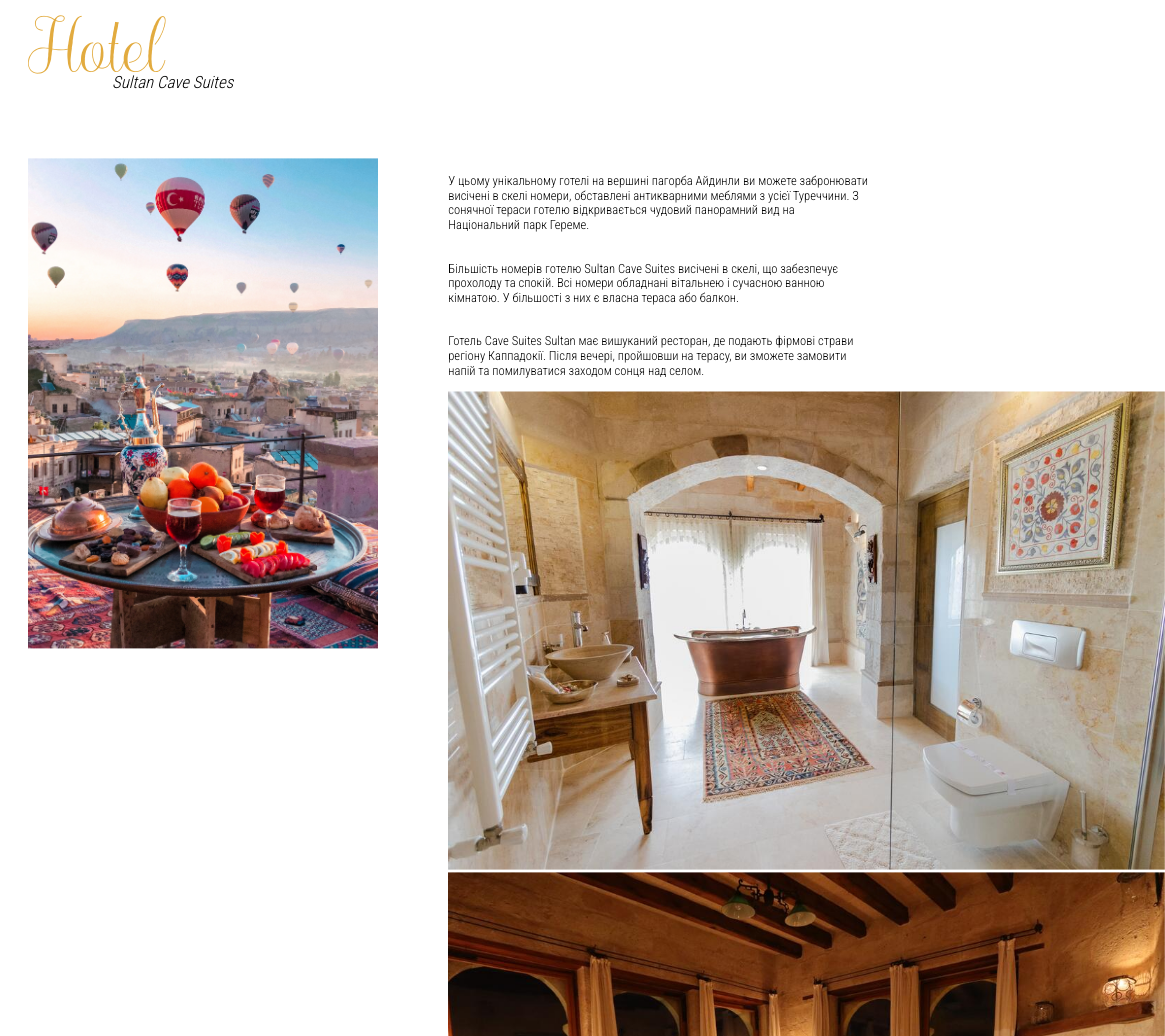
Repository: KYUUBI-K/cappadocia
Page: index.html
These files come from the project's save history. The page is drawn as it stood at one moment and after the next save; the edit follows.
The browser window is 1280 px wide. The page is 1664 px wide, then 1540 px, so the pictures cover 1664 px, including what lies to the right of the window. The pictures show the part of the page from y = 3306 to 4786 px (the page is 6613 px tall before and 4432 px after), at 70% of full size.

Above is the page before, as saved 2025-08-21 18:40:53.

### index.html
<!DOCTYPE html>
<html lang="en">
  <head>
    <meta charset="UTF-8" />
    <meta name="viewport" content="width=device-width, initial-scale=1.0" />
    <title>Cappadocia</title>
    <link rel="stylesheet" href="./styles.css" />
  </head>
  <body>
    <header class="header">
      <div class="wrapper">
        <nav class="header-menu">
          <ul class="header-menu-list">
            <li class="header-menu-item">
              <a class="header-menu-link" href="#route">Маршрут</a>
            </li>
            <li class="header-menu-item">
              <a class="header-menu-link" href="#hotel">Готель</a>
            </li>
            <li class="header-menu-item">
              <a class="header-menu-link" href="#price">Вартість</a>
            </li>
          </ul>
          <div class="telephone">
            <svg
              class="phone-icon"
              width="30"
              height="30"
              viewBox="0 0 30 30"
              fill="none"
              xmlns="http://www.w3.org/2000/svg"
            >
              <g clip-path="url(#clip0_31_0)">
                <path
                  d="M23.7091 18.5839C23.0949 17.9444 22.3541 17.6025 21.569 17.6025C20.7902 17.6025 20.0431 17.9381 19.4036 18.5776L17.4027 20.5721C17.2381 20.4835 17.0735 20.4011 16.9152 20.3188C16.6873 20.2049 16.472 20.0972 16.2884 19.9832C14.4142 18.7929 12.7109 17.2416 11.0774 15.2345C10.2859 14.2341 9.75404 13.3919 9.36781 12.5372C9.88701 12.0623 10.3682 11.5684 10.8368 11.0935C11.0141 10.9162 11.1913 10.7326 11.3686 10.5553C12.6983 9.22568 12.6983 7.50346 11.3686 6.1738L9.64007 4.44525C9.44379 4.24896 9.24117 4.04635 9.05122 3.84373C8.67132 3.45117 8.27242 3.04594 7.86086 2.66604C7.24669 2.05819 6.51221 1.73528 5.73974 1.73528C4.96727 1.73528 4.22013 2.05819 3.58696 2.66604C3.58063 2.67237 3.58063 2.67237 3.5743 2.6787L1.42152 4.85047C0.61106 5.66093 0.148846 6.64868 0.0475384 7.79472C-0.104423 9.64358 0.440104 11.3658 0.857997 12.4928C1.88373 15.2598 3.41601 17.8241 5.70175 20.5721C8.47504 23.8836 11.8118 26.4986 15.6235 28.3411C17.0798 29.0313 19.0237 29.848 21.1954 29.9873C21.3284 29.9937 21.4677 30 21.5943 30C23.057 30 24.2853 29.4745 25.2477 28.4297C25.2541 28.4171 25.2667 28.4107 25.2731 28.3981C25.6023 27.9992 25.9822 27.6383 26.3811 27.252C26.6534 26.9924 26.932 26.7202 27.2042 26.4353C27.8311 25.7831 28.1603 25.0233 28.1603 24.2445C28.1603 23.4594 27.8247 22.7059 27.1852 22.0727L23.7091 18.5839ZM25.9759 25.2512C25.9695 25.2512 25.9695 25.2576 25.9759 25.2512C25.7289 25.5172 25.4757 25.7578 25.2034 26.0237C24.7918 26.4163 24.374 26.8278 23.9814 27.29C23.3419 27.9739 22.5884 28.2968 21.6007 28.2968C21.5057 28.2968 21.4044 28.2968 21.3094 28.2904C19.4289 28.1701 17.6813 27.4357 16.3707 26.8088C12.7869 25.0739 9.64007 22.6109 7.02508 19.4894C4.86597 16.887 3.42234 14.481 2.46625 11.8977C1.8774 10.3211 1.66212 9.09272 1.7571 7.93401C1.82042 7.19321 2.10534 6.57903 2.63087 6.0535L4.78999 3.89439C5.10024 3.60313 5.42949 3.44484 5.75241 3.44484C6.1513 3.44484 6.47422 3.68544 6.67683 3.88806C6.68317 3.89439 6.6895 3.90072 6.69583 3.90705C7.08206 4.26796 7.4493 4.64153 7.83554 5.04043C8.03182 5.24304 8.23443 5.44565 8.43705 5.6546L10.1656 7.38316C10.8368 8.05432 10.8368 8.67482 10.1656 9.34599C9.98198 9.5296 9.8047 9.71322 9.62108 9.89051C9.08921 10.435 8.58268 10.9416 8.03182 11.4354C8.01916 11.4481 8.00649 11.4544 8.00016 11.4671C7.45563 12.0116 7.55694 12.5435 7.67091 12.9044C7.67724 12.9234 7.68358 12.9424 7.68991 12.9614C8.13946 14.0504 8.77263 15.0762 9.73505 16.2982L9.74138 16.3045C11.4889 18.4573 13.3315 20.1352 15.3639 21.4205C15.6235 21.5852 15.8895 21.7181 16.1427 21.8448C16.3707 21.9587 16.586 22.0664 16.7696 22.1804C16.7949 22.193 16.8202 22.212 16.8456 22.2247C17.0608 22.3323 17.2634 22.383 17.4724 22.383C17.9979 22.383 18.3272 22.0537 18.4348 21.9461L20.6003 19.7806C20.8155 19.5654 21.1574 19.3058 21.5563 19.3058C21.9489 19.3058 22.2718 19.5527 22.4681 19.768C22.4744 19.7743 22.4744 19.7743 22.4808 19.7806L25.9695 23.2694C26.6217 23.9152 26.6217 24.5801 25.9759 25.2512Z"
                  fill="black"
                />
                <path
                  d="M16.2124 7.13621C17.8713 7.41481 19.3782 8.19994 20.5813 9.40296C21.7843 10.606 22.5631 12.1129 22.848 13.7718C22.9176 14.1897 23.2786 14.481 23.6901 14.481C23.7408 14.481 23.7851 14.4747 23.8357 14.4683C24.3043 14.3923 24.6145 13.9491 24.5386 13.4806C24.1966 11.4734 23.2469 9.64357 21.7969 8.19361C20.347 6.74365 18.5171 5.79389 16.51 5.45198C16.0414 5.376 15.6045 5.68625 15.5222 6.14847C15.4399 6.61068 15.7438 7.06023 16.2124 7.13621Z"
                  fill="black"
                />
                <path
                  d="M29.9654 13.2337C29.4019 9.92851 27.8443 6.92095 25.4509 4.52757C23.0575 2.13418 20.05 0.576584 16.7448 0.0130621C16.2826 -0.0692501 15.8457 0.247335 15.7634 0.70955C15.6874 1.1781 15.9977 1.61498 16.4662 1.6973C19.4168 2.1975 22.1078 3.59681 24.2479 5.73059C26.388 7.87071 27.781 10.5617 28.2812 13.5123C28.3508 13.9302 28.7117 14.2214 29.1233 14.2214C29.1739 14.2214 29.2183 14.2151 29.2689 14.2087C29.7311 14.1391 30.0477 13.6959 29.9654 13.2337Z"
                  fill="black"
                />
              </g>
              <defs>
                <clipPath id="clip0_31_0">
                  <rect width="30" height="30" fill="white" />
                </clipPath>
              </defs>
            </svg>
            <div class="number-text">+38(066)555-777-6</div>
          </div>
        </nav>
        <div class="main-title">
          <h1 class="main-title-text">Cappadocia</h1>
          <p class="main-subtitle-text">Ексклюзивний тур</p>
        </div>
      </div>
    </header>

    <section class="about">
      <div class="wrapper">
        <div class="about-title">
          <h2 class="section-title-text">Fairy tail</h2>
          <p class="about-subtitle-text">Казкова країна чудес</p>
        </div>
        <img
          src="./images/Rectangle-about.jpg"
          alt="Hot air balloon"
          class="about-img"
        />
        <div class="about-content">
          <aside class="about-text">
            <!-- prettier-ignore -->
            <p>
            Каппадокія – казкова країна повітряних куль, сирних будиночків,
            різнокольорових долин та чарівних світанків!
            Сюди приїжджають, щоб побачити природні чудеса політати на
            повітряній кулі і, звичайно ж,зробити мільйон красивих фотографій!
          </p>
            <!-- prettier-ignore -->
            <p>
            На учасників туру чекає професійна фотосесія від найкращих
            фотографів Каппадокії!
            Адже саме за чарівними світанками на тлі повітряних куль сюди
            приїжджають люди з усього світу!
          </p>

            <h3>Також Ви побачите:</h3>
            <ul class="about-list">
              <li>Музей на відкритому повітрі у Геремі</li>
              <li>Ущелина Іхлара та монастир Селіме</li>
              <li>Підземні міста</li>
              <li>Фортеця Учхісар</li>
              <li>Зельве та Пашабаг</li>
            </ul>
            <p>та багато інших визначних пам'яток.</p>
            <!-- prettier-ignore -->
            <p>
            Місцева кухня - один із приводів відвідати Каппадокію, тут є ресторани
            на будь-який бюджет.
          </p>
          </aside>
        </div>
      </div>
    </section>

    <section class="route" id="route">
      <div class="wrapper">
        <div class="route-title">
          <h2 class="section-title-text">Our trip</h2>
          <p class="route-subtitle-text">Маршрут</p>
        </div>
        <img
          src="./images/Rectangle-route.png"
          alt="Route map"
          class="route-img"
        />
        <div class="route-content">
          <aside class="route-text">
            <div class="day">
              <h3>День 1</h3>
              <ul>
                <li>Виліт з Києва</li>
                <li>Трансфер до Каппадокії</li>
                <li>Поселення в готель</li>
                <li>Вечірня фотосесія</li>
              </ul>
            </div>

            <div class="day">
              <h3>День 2</h3>
              <ul>
                <li>Фотосесія</li>
                <li>Сніданок у готелі</li>
                <li>Денний тур Каппадокією</li>
                <li>Захід сонця з панорамним видом</li>
              </ul>
            </div>

            <div class="day">
              <h3>День 3</h3>
              <ul>
                <li>Політ на повітряній кулі</li>
                <li>Сніданок у готелі</li>
                <li>Екскурсії на вибір</li>
              </ul>
            </div>

            <div class="day">
              <h3>День 4</h3>
              <ul>
                <li>Вільний час, шопінг</li>
                <li>Трансфер до Анкари</li>
                <li>Виліт до Києва</li>
              </ul>
            </div>
            <button type="button" class="reservation">Забронювати</button>
          </aside>
        </div>
      </div>
    </section>
    <section class="hotel" id="hotel">
      <div class="wrapper">
        <div class="hotel-title">
          <h2 class="section-title-text">Hotel</h2>
          <p class="hotel-subtitle-text">Sultan Cave Suites</p>
        </div>

        <div class="hotel-content">
          <img
            src="./images/Rectangle-hotel.jpg"
            alt="Hot air balloon"
            class="hotel-img"
          />
          <aside class="hotel-text">
            <!-- prettier-ignore -->
            <p>
              У цьому унікальному готелі на вершині пагорба Айдинли ви можете забронювати
              висічені в скелі номери, обставлені антикварними меблями з усієї Туреччини. З
              сонячної тераси готелю відкривається чудовий панорамний вид на
              Національний парк Гереме.
            </p>
            <!-- prettier-ignore -->
            <p>
              Більшість номерів готелю Sultan Cave Suites висічені в скелі, що забезпечує
              прохолоду та спокій. Всі номери обладнані вітальнею і сучасною ванною
              кімнатою. У більшості з них є власна тераса або балкон.
            </p>
            <!-- prettier-ignore -->
            <p>
              Готель Cave Suites Sultan має вишуканий ресторан, де подають фірмові страви
              регіону Каппадокії. Після вечері, пройшовши на терасу, ви зможете замовити
              напій та помилуватися заходом сонця над селом.
            </p>
            <div class="hotel-images">
              <img
                src="./images/Rectangle-hotel1.jpg"
                alt="Hotel room"
                class="hotel-image"
              />
              <img
                src="./images/Rectangle-hotel2.jpg"
                alt="Hotel room"
                class="hotel-image"
              />
              <img
                src="./images/Rectangle-hotel3.jpg"
                alt="Hotel room"
                class="hotel-image"
              />
              <img
                src="./images/Rectangle-hotel4.jpg"
                alt="Hotel room"
                class="hotel-image"
              />
            </div>
          </aside>
        </div>
      </div>
    </section>
  </body>
</html>

### styles.css
@font-face {
  font-family: "Roboto Condensed";
  src: url("./fonts/RobotoCondensed-Light.woff2") format("woff2");
  font-weight: 300;
  font-style: normal;
  font-display: swap;
}

@font-face {
  font-family: "Roboto Condensed";
  src: url("./fonts/RobotoCondensed-Regular.woff2") format("woff2");
  font-weight: 400;
  font-style: normal;
  font-display: swap;
}

@font-face {
  font-family: "Balqis";
  src: url("./fonts/Balqis.woff2") format("woff2");
  font-weight: 400;
  font-style: normal;
  font-display: swap;
}

html {
  box-sizing: border-box;
}
*,
*::before,
*::after {
  box-sizing: inherit;
  margin: 0;
  padding: 0;
}

:root {
  --color-dark: #000000;
  --color-light: #ffffff;
  --color-gray: #e5e5e5;
  --color-orange: #e2ab3f;

  --border: 1px solid var(--color-orange);

  --font-family-base: "Roboto Condensed", sans-serif;
  --font-family-accent: "Balqis", sans-serif;

  --input-height: 50px;
}

li {
  list-style: none;
}

body {
  /* word-wrap: break-word; */
  font-size: 18px;
  font-family: var(--font-family-base);
  background-color: var(--color-light);
  color: var(--color-dark);
}

.header {
  min-height: 100svh;
  background: url("./images/Rectangle.jpg") no-repeat center center;
  background-size: cover;
  background-position: center;
  margin-bottom: 200px;
}
.wrapper {
  margin: 0 auto;
  height: 100%;
  max-width: 1200px;
}

.header-menu {
  display: flex;
  justify-content: space-between;
  align-items: center;
  font-family: var(--font-family-base);
  font-size: 24px;
  font-weight: 400;
  padding-top: 72px;
}
.header-menu-list {
  display: flex;
  column-gap: 45px;
}
.header-menu-link {
  text-decoration: none;
  color: inherit;
}
.telephone {
  display: flex;
  align-items: center;
  column-gap: 10px;
}

.main-title {
  margin-top: 152px;
  text-align: center;
}

.main-title-text {
  font-family: var(--font-family-accent);
  font-size: 250px;
  font-weight: 400;
  line-height: 1;
}

.main-subtitle-text {
  font-family: var(--font-family-base);
  color: var(--color-dark);
  font-weight: 300;
  font-size: 56px;
  line-height: 0;
  font-style: italic;
  transform: translateX(25%);
}

.about {
  margin-bottom: 200px;
  position: relative;
}

.about-title {
  margin-bottom: 100px;
}

.section-title-text {
  font-family: var(--font-family-accent);
  font-weight: 400;
  line-height: 1;
  font-size: 96px;
  color: var(--color-orange);
}

.about-subtitle-text {
  font-family: var(--font-family-base);
  font-weight: 300;
  font-size: 24px;
  font-style: italic;
  line-height: 0;
  transform: translateX(15%);
}

.about-content {
  display: flex;
  justify-content: flex-end;
}

.about-img {
  position: absolute;
  left: 0;
  width: 960px;
  height: 700px;
  object-fit: cover;
  object-position: center;
}
.about-text p {
  font-family: var(--font-family-base);
  font-weight: 300;
  font-size: 18px;
  white-space: pre-line;
  padding-bottom: 50px;
}
.about-list {
  padding-bottom: 50px;
  font-family: var(--font-family-base);
  font-weight: 300;
}

.about-text h3 {
  padding-bottom: 50px;
}

.route {
  position: relative;
  margin-bottom: 200px;
}
.route-title {
  margin-bottom: 108px;
}

.route-subtitle-text {
  transform: translateX(20%);
  font-family: var(--font-family-base);
  font-weight: 300;
  font-size: 24px;
  font-style: italic;
  line-height: 0;
}
.route-content {
  position: relative;
  font-family: var(--font-family-base);
}
.day {
  max-width: 295px;
  margin-bottom: 50px;
}
.route-text {
  font-size: 24px;
  font-weight: 300;
  margin-bottom: 50px;
}
.day h3 {
  margin-bottom: 20px;
}

.reservation {
  border: var(--border);
  text-transform: uppercase;
  font-size: 24px;
  padding: 11px 64px;
  background: none;
}

.route-img {
  position: absolute;
  top: 0;
  right: 0;
  width: 960px;
  height: 1095px;
  object-fit: cover;
  object-position: center;
}

.hotel {
  margin-bottom: 200px;
  position: relative;
}
.hotel-title {
  margin-bottom: 108px;
}
.hotel-subtitle-text {
  transform: translateX(10%);
  font-family: var(--font-family-base);
  font-weight: 300;
  font-size: 24px;
  font-style: italic;
  line-height: 0;
}
.hotel-content {
  display: flex;
  justify-content: space-between;
  column-gap: 100px;
}

.hotel-text {
}
.hotel-text p {
  margin-bottom: 20px;
  white-space: pre-line;
  font-family: var(--font-family-base);
  font-size: 18px;
  font-weight: 300;
}
.hotel-img {
  width: 500px;
  height: 700px;
  object-fit: cover;
  object-position: center;
}
.hotel-images {
  width: 280px;
  height: 150px;
  object-fit: cover;
  object-position: center;
}
@media (max-width: 1040px) {
  .main-title-text {
    font-size: 150px;
  }
  .main-subtitle-text {
    font-size: 46px;
  }
}

@media (max-width: 830px) {
  .header-menu {
    padding-top: 40px;
  }

  .header-menu-list {
    column-gap: 35px;
  }
  .main-title-text {
    font-size: 150px;
  }
  .main-subtitle-text {
    font-size: 36px;
  }
}

@media (max-width: 630px) {
  .header-menu {
    font-size: 18px;
  }
  .header-menu-list {
    column-gap: 20px;
  }
  .telephone {
    column-gap: 5px;
  }
  .phone-icon {
    width: 18px;
    height: 18px;
  }
  .main-title-text {
    font-size: 100px;
  }
  .main-subtitle-text {
    font-size: 26px;
  }
}

@media (max-width: 450px) {
  .header-menu {
    font-size: 15px;
  }
  .header-menu-list {
    column-gap: 15px;
  }
  .telephone {
    column-gap: 3px;
  }
  .phone-icon {
    width: 15px;
    height: 15px;
  }
  .main-title-text {
    font-size: 50px;
  }
  .main-subtitle-text {
    font-size: 15px;
  }
}

After the next save:
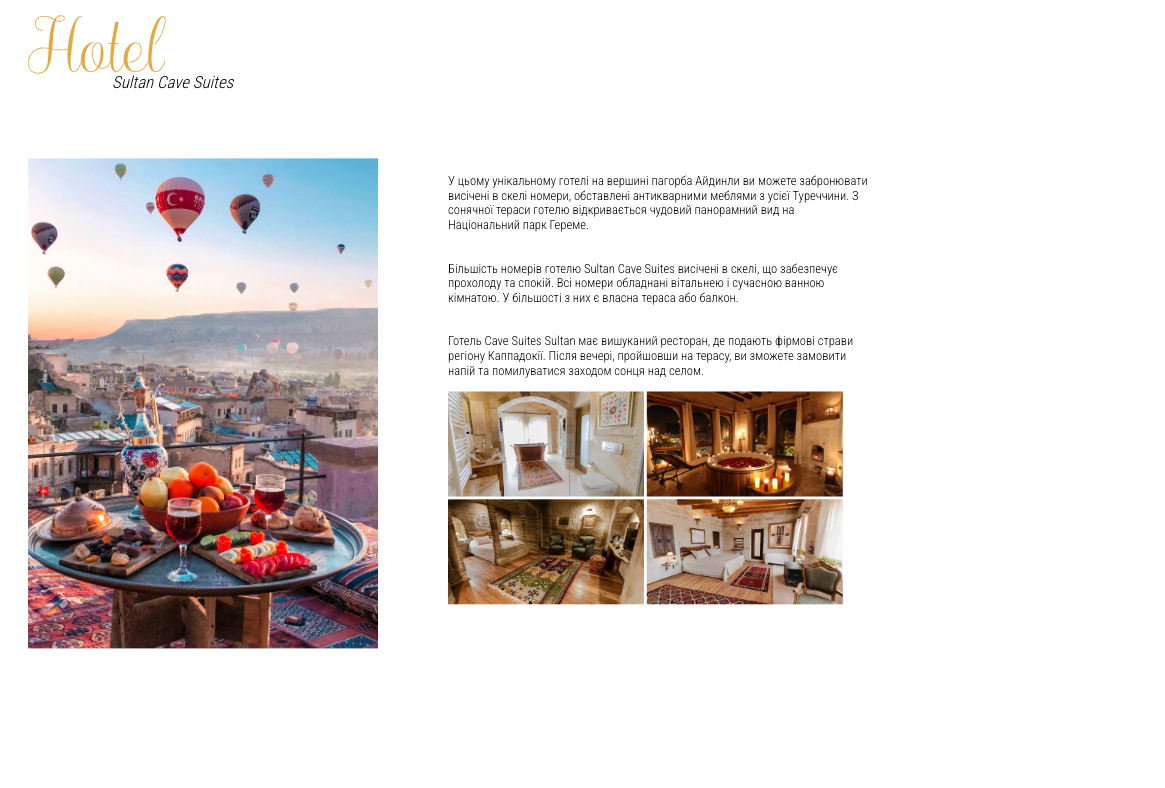
Saved 11 s later.
--- a/styles.css
+++ b/styles.css
@@ -260,7 +260,7 @@ body {
   object-fit: cover;
   object-position: center;
 }
-.hotel-images {
+.hotel-image {
   width: 280px;
   height: 150px;
   object-fit: cover;
